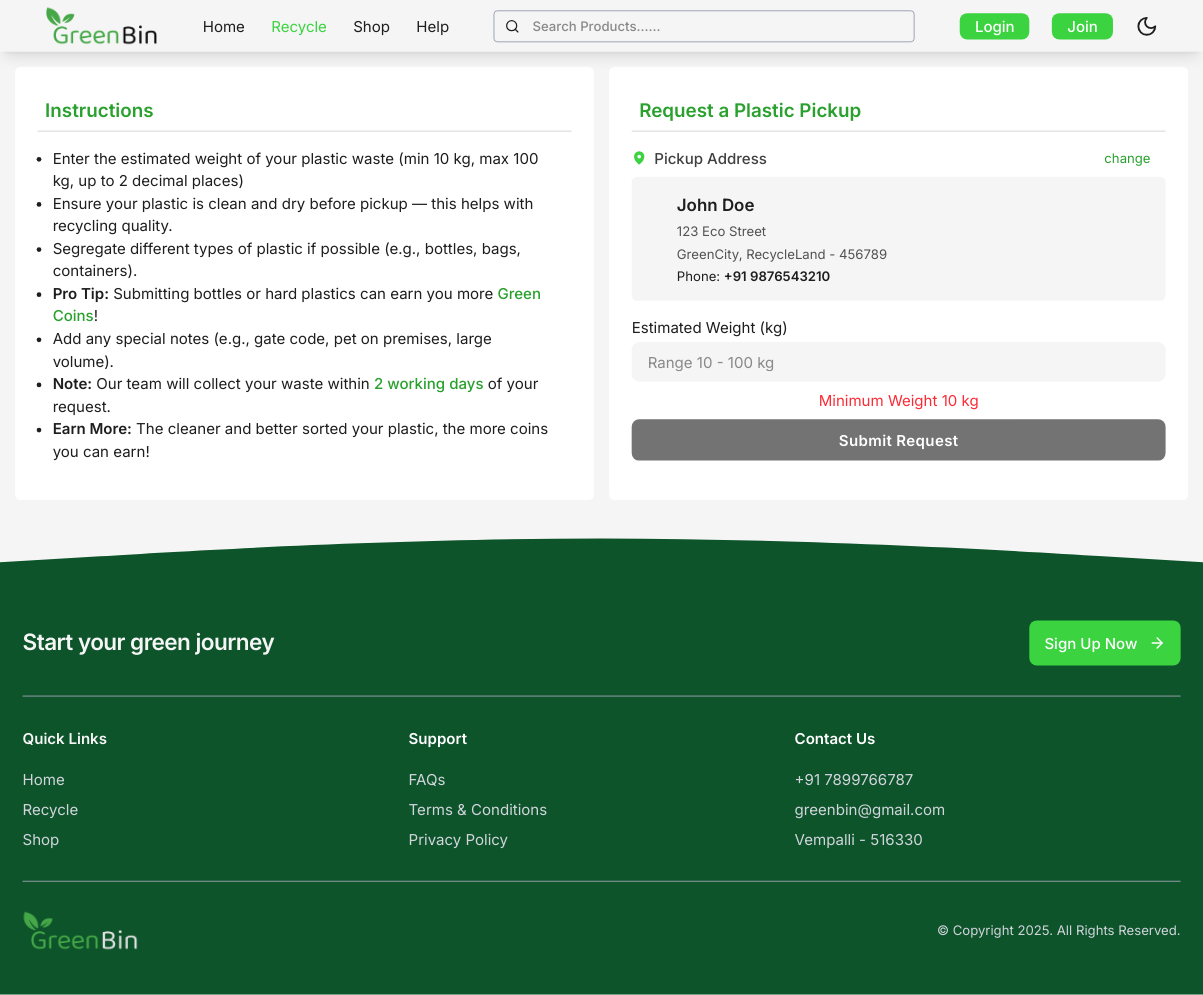
Repository: Siddhu123456/Plastic-Waste-Management
Page: /recycle (app in frontend/)
These files come from the project's save history. The page is drawn as it stood at one moment and after the next save; the edit follows.
The browser window is 1280 px wide. The pictures show the whole page, at 94% of full size.
The project was rebuilt for these pictures with package versions that can differ from the ones it lists, and the page was loaded fresh each time. Also part of the build but not shown: frontend/vite.config.js, frontend/src/components/ProductCard.jsx, frontend/src/components/TrendingProductsCarousel.jsx, frontend/src/pages/Home.jsx, frontend/src/components/FilterBar.jsx, frontend/src/pages/customer/Shop.jsx, frontend/src/components/CartItemCard.jsx, frontend/src/pages/customer/Cart.jsx and 14 more. Imported but missing from the stored project, and not drawn on this page: frontend/src/pages/Help, frontend/src/pages/customer/WishList.

Above is the page before, as saved 2025-05-06 11:51:10.

### frontend/src/index.css
@import url('https://fonts.googleapis.com/css2?family=Fugaz+One&family=Montserrat:ital@0;1&display=swap');
@import url('https://fonts.googleapis.com/css2?family=Inter:ital,opsz,wght@0,14..32,100..900;1,14..32,100..900&display=swap');
@import "tailwindcss";


@custom-variant dark (&:where(.dark, .dark *));


@theme{
  --color-ow : #f5f5f5;
  --color-dbg : #000803;
  --color-dsc : #1e221f;
  --color-dtc : #313532;
  --color-lgg : #3bd440;
  --color-tc : #1e1e1e;
  --color-lgd : #2aa12e;
  --color-bl: #1D2A35;
  --color-lg-trans : rgba(69, 167, 72, 0.3);
}

@layer components {
  .pri-btn {
    @apply text-white cursor-pointer text-center rounded-lg bg-lgg hover:bg-lgd transition duration-300
  }
  .white-btn {
    @apply text-lgg cursor-pointer text-center rounded-2xl bg-ow transition duration-300
  }
  .trans-btn{
    @apply border text-center rounded-2xl cursor-pointer border-lgg text-lgg hover:bg-lgg hover:text-white transition
  }

  .white-trans-btn{
    @apply border text-center rounded-2xl cursor-pointer border-white text-white transition duration-300
  }
}

@layer utilities{
  .no-scrollbar::-webkit-scrollbar {
    display: none;
}
.no-scrollbar {
    -ms-overflow-style: none;
    scrollbar-width: none;
}
}

:root{
  font-family: "Inter", sans-serif;
  background-color: #f5f5f5;
  box-sizing: border-box;
  overflow-x: hidden;
}


input[type='range'] {
  pointer-events: all;
  height: 0;
}

input[type='range']::-webkit-slider-thumb {
  appearance: none;
  height: 16px;
  width: 16px;
  background: #22c55e;
  border-radius: 9999px;
  cursor: pointer;
  border: none;
}

input[type='range']::-moz-range-thumb {
  height: 16px;
  width: 16px;
  background: #22c55e;
  border-radius: 9999px;
  cursor: pointer;
  border: none;
}

### frontend/src/App.jsx
import { CartProvider } from './components/CartContext.jsx';
import AppRoutes from './routes/AppRoutes.jsx'


const App = () => (
    <CartProvider>
        <AppRoutes />
    </CartProvider>
)

export default App;

### frontend/src/components/CartContext.jsx
import { createContext, useContext, useState } from "react";

const CartContext = createContext();

export const CartProvider = ({ children }) => {
  const [cartCount, setCartCount] = useState(0);

  return (
    <CartContext.Provider value={{ cartCount, setCartCount }}>
      {children}
    </CartContext.Provider>
  );
};

export const useCart = () => useContext(CartContext);

### frontend/src/routes/AppRoutes.jsx
import {BrowserRouter as Router, Routes, Route} from 'react-router-dom'

import Home from '../pages/Home'
import Help from '../pages/Help'
import Shop from '../pages/customer/Shop'
import Recycle from '../pages/customer/Recycle'
import Cart from '../pages/customer/Cart'
import WishList from '../pages/customer/WishList'
import ProductOverview from '../pages/customer/ProductOverview'
import ScrollToTop from './ScrollToTop'
import Layout from '../components/Layout'
import Wallet from '../pages/customer/Wallet'
import OrderHistory from '../pages/customer/OrderHistory'
import OrderSummary from '../pages/customer/OrderSummary'
import PickupHistory from '../pages/customer/PickupHistory'
import CustomerProfile from '../pages/customer/CustomerProfile'
import ProductForm from '../pages/admin/ProductForm'

const AppRoutes = () => {
  return (
    <Router>
      <Layout>
      <ScrollToTop />
        <Routes>
            <Route path='/' element={<Home />} />
            <Route path='/recycle' element={<Recycle />} />
            <Route path='/shop' element={<Shop />} />
            <Route path='/help' element={<Help />} />
            <Route path='/cart' element={<Cart />} />
            <Route path='/favorites' element={<WishList />} />
            <Route path='/wallet' element={<Wallet />} />
            <Route path='/product/:id' element={<ProductOverview />} />
            <Route path='/orders' element={<OrderHistory />} />
            <Route path='/orders/:id' element={<OrderSummary />} />
            <Route path='/pickups' element={<PickupHistory />} />
            <Route path='/cprofile' element={<CustomerProfile />} />
            <Route path='/pform' element={<ProductForm />} />
        </Routes>
        </Layout>
    </Router>
  )
}

export default AppRoutes

### frontend/src/pages/customer/Recycle.jsx
import React, { useEffect, useState } from "react";
import { PiMapPinFill, PiPlusCircle } from "react-icons/pi";

const Recycle = () => {
  const [selectedAddress, setSelectedAddress] = useState(null);

  useEffect(() => {
    // Simulate fetch call
    const allAddresses = [
      {
        id: 1,
        name: "John Doe",
        street: "123 Eco Street",
        city: "GreenCity",
        state: "RecycleLand",
        zip: "456789",
        phone: "+91 9876543210",
        isDefault: true
      },
      {
        id: 2,
        name: "Jane Smith",
        street: "456 Green Ave",
        city: "CleanTown",
        state: "EcoState",
        zip: "654321",
        phone: "+91 8765432109",
        isDefault: false
      }
    ];

    const defaultAddress = allAddresses.find(addr => addr.isDefault) || allAddresses[0];
    setSelectedAddress(defaultAddress);
  }, []);


  const [formData, setFormData] = useState({
    weight: "",
    notes: "",
  });
  const minWeight = 10
  const maxWeight = 100



  const handleChange = (e) => {
    const { name, value } = e.target;

    if (name === "weight") {
      const numericValue = parseFloat(value);
      const isWithinLimit = numericValue <= 100;
      const isValid = value === "" || (!isNaN(numericValue) && numericValue >= 0 && isWithinLimit);

      if (isValid) {
        setFormData((prev) => ({ ...prev, [name]: value }));
      }

      return;
    }

    setFormData((prev) => ({ ...prev, [name]: value }));
  };


  const handleWeightKeyDown = (e) => {
    const key = e.key;
    const value = e.target.value;
    const allowedDigits = ['0','1','2','3','4','5','6','7','8','9'];
    const controlKeys = ['Backspace', 'Delete', 'ArrowLeft', 'ArrowRight', 'Tab', 'Home', 'End'];

    const isDigit = allowedDigits.includes(key);
    const isDot = key === '.';
    const alreadyHasDot = value.includes('.');

    // If already has a dot, prevent entering more than 2 decimal digits
    if (alreadyHasDot && !controlKeys.includes(key)) {
      const decimalPart = value.split('.')[1];
      if (decimalPart?.length >= 2 && !isDot) {
        e.preventDefault();
        return;
      }
    }

    // Prevent invalid keys
    if (
      !isDigit &&
      !controlKeys.includes(key) &&
      !(isDot && !alreadyHasDot)
    ) {
      e.preventDefault();
    }
  };


  return (
    <section className='grid grid-cols-12 gap-4 p-2 sm:p-4'>
    <div className="col-span-12 lg:col-span-6 bg-white dark:bg-dtc rounded-md p-4 sm:p-6">
    <h1 className="text-xl font-semibold text-lgd dark:text-lgg border-b border-neutral-300 dark:border-neutral-500 p-2">Instructions</h1>

      <ul className="list-disc text-tc dark:text-ow p-4">
        <li>Enter the estimated weight of your plastic waste (min {minWeight} kg, max {maxWeight} kg, up to 2 decimal places)</li>
        <li>Ensure your plastic is clean and dry before pickup — this helps with recycling quality.</li>
        <li>Segregate different types of plastic if possible (e.g., bottles, bags, containers).</li>
        <li><strong className="font-semibold">Pro Tip:</strong> Submitting bottles or hard plastics can earn you more <span className="text-lgd dark:text-lgg font-medium">Green Coins</span>!</li>
        <li>Add any special notes (e.g., gate code, pet on premises, large volume).</li>
        <li><strong className="font-semibold">Note:</strong> Our team will collect your waste within <span className="font-medium text-lgd dark:text-lgg">2 working days</span> of your request.</li>
        <li><strong className="font-semibold">Earn More:</strong> The cleaner and better sorted your plastic, the more coins you can earn!</li>
      </ul>
    </div>

      {/* Pickup */}
    <div className="bg-white dark:bg-dtc rounded-md col-span-12 lg:col-span-6 p-4 sm:p-6">
      <h1 className="text-xl font-semibold text-lgd dark:text-lgg border-b border-neutral-300 dark:border-neutral-500 p-2">Request a Plastic Pickup</h1>
      {/* Address */}
      <div>
        <div className='flex items-center gap-2 pt-4 pb-2 font-medium'>
          <PiMapPinFill className='text-lgg' />
          <h2 className='text-neutral-700 dark:text-neutral-300'>Pickup Address</h2>
          {selectedAddress &&
            <button className='ml-auto font-normal cursor-pointer text-lgd dark:text-lgg hover:underline text-sm pr-4'>change</button>
          }
        </div>

          {selectedAddress ?
            <div className="bg-ow dark:bg-dsc p-4 rounded-md">
            <div className="pl-8 space-y-1">
              <p className="text-lg font-semibold text-tc dark:text-white">
                {selectedAddress.name}
              </p>
              <p className="text-sm text-neutral-600 dark:text-neutral-300">{selectedAddress.street}</p>
              <p className="text-sm text-neutral-600 dark:text-neutral-300">
                {selectedAddress.city}, {selectedAddress.state} - {selectedAddress.zip}
              </p>
              <p className="text-sm text-tc dark:text-neutral-300">
                Phone: <span className='font-semibold'>{selectedAddress.phone}</span>
              </p>
            </div>
            </div>:
            <div className="text-center">
              <button type="button" className="inline-flex items-center hover:underline group py-1 gap-1 cursor-pointer text-sm font-medium text-neutral-600 dark:text-neutral-300">
              <PiPlusCircle className="text-lg group-hover:text-lgg" />
              Add Address
              </button>
            </div>
          }
      </div>
      <div className="mt-4 space-y-2">
      <label htmlFor="weight" className="block mb-1 text-tc dark:text-white">Estimated Weight (kg)</label>
      <input
        type="text"
        name="weight"
        id="weight"
        placeholder={`Range ${minWeight} - ${maxWeight} kg`}
        className="py-2 px-4 block w-full bg-ow dark:bg-dsc text-tc dark:text-ow border-ow dark:border-dsc border rounded-lg focus:outline-none focus:border-lgg focus:ring-lgg disabled:opacity-50 disabled:pointer-events-none dark:placeholder-neutral-500 dark:focus:ring-neutral-600"
        value={formData.weight}
        onChange={handleChange}
        onKeyDown={handleWeightKeyDown}
        required
      />

        {formData.weight < minWeight ? <p className="text-center text-red-500">Minimum Weight {minWeight} kg</p>:''}
        <button type="button" onClick={()=>console.log(formData)} disabled={formData.weight < minWeight} className="disabled:bg-neutral-500 disabled:cursor-not-allowed px-4 py-2.5 w-full font-semibold tracking-wide pri-btn">
          Submit Request
        </button>
      </div>
    </div>
  </section>
  );
}


export default Recycle

### frontend/src/routes/ScrollToTop.jsx
import { useEffect } from "react";
import { useLocation } from "react-router-dom";

const ScrollToTop = () => {
    const {pathname} = useLocation()
    useEffect(() => {
        window.scrollTo(0,0)
    },[pathname])

    return null
}

export default ScrollToTop;

### frontend/src/components/Layout.jsx
// Layout.jsx
import React from "react"
import Footer from "./Footer";
import Navbar from "./Navbar"

const Layout = ({ children }) => {
  return (
    <div className="min-h-screen flex flex-col bg-ow dark:bg-dsc">
      <Navbar />

      <main className="flex-1">
        {children}
      </main>

      <Footer />
    </div>
  );
};

export default Layout;

### frontend/src/pages/auth/AuthModal.jsx
import React, { useEffect, useState } from 'react'
import Modal from '../../components/Modal'
import ForgotPassword from './FogotPassword'
import Login from './Login'
import Signup from './Signup'

const AuthModal = ({authOpen, loginOpen, setLoginOpen, onClose, setIsLogged}) => {
      const [isPasswordForgot, setIsPasswordForgot] = useState(false)
      useEffect(() => {
        if (!authOpen) {
          setIsPasswordForgot(false)
        }
      }, [authOpen])
  return (
    <Modal
        open={authOpen}
        onClose={onClose}
    >
        {
            isPasswordForgot ? <ForgotPassword setIsPasswordForgot={setIsPasswordForgot} /> :
                loginOpen ? <Login setLoginOpen={setLoginOpen} onClose={onClose} setIsPasswordForgot={() => setIsPasswordForgot(prev => !prev)} setIsLogged={setIsLogged} /> :
                    <Signup setLoginOpen={setLoginOpen} setIsLogged={setIsLogged} onClose={onClose}/>
        }
    </Modal>
  )
}

export default AuthModal

### frontend/src/components/ThemeToggle.jsx
import { useEffect, useState } from "react";
import { LuMoon, LuSun, LuSunDim } from 'react-icons/lu';


const ThemeToggle = ({theme,setTheme}) => {
  useEffect(() => {
    if (theme === "dark") {
      document.documentElement.classList.add("dark");
    } else {
      document.documentElement.classList.remove("dark");
    }
    localStorage.setItem("theme", theme);
  }, [theme]);

  const toggleTheme = () => {
    setTheme(theme === "light" ? "dark" : "light");
  };

  return (
    <button
      onClick={toggleTheme}
      className="flex items-center justify-center cursor-pointer hover:text-lgg"
    >
      {theme === "light" ? <LuMoon className="text-2xl sm:text-xl md:text-2xl" /> : <LuSun className="text-2xl" />}
    </button>
  );
};

export default ThemeToggle;

Loaded but not shown: frontend/index.html (common file); frontend/src/main.jsx (common file); frontend/src/components/Navbar.jsx (437 lines, source omitted); frontend/src/components/Footer.jsx (106 lines, source omitted)

After the next save:
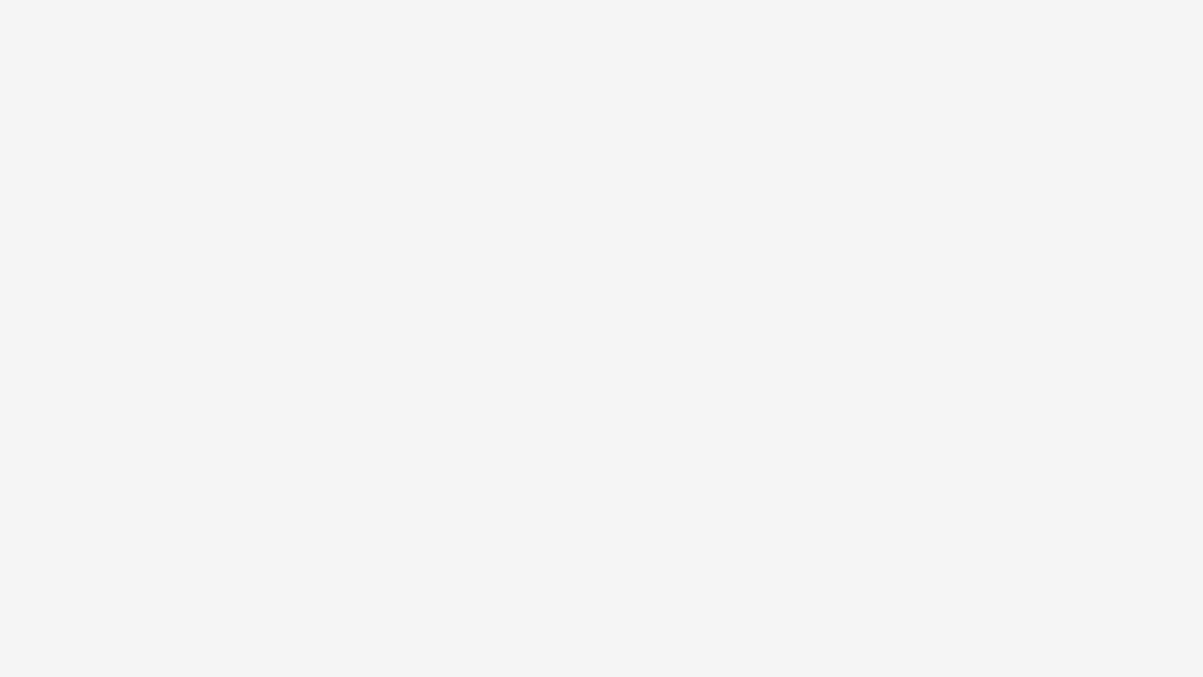
Console error: ReferenceError: formData is not defined
Saved 4 min 5 s later.
--- a/frontend/src/pages/customer/Recycle.jsx
+++ b/frontend/src/pages/customer/Recycle.jsx
@@ -2,8 +2,8 @@
 import { PiMapPinFill, PiPlusCircle } from "react-icons/pi";
 
 const Recycle = () => {
-  const [selectedAddress, setSelectedAddress] = useState(null);
-
+  const [selectedAddress, setSelectedAddress] = useState(null)
+  const [weight, setWeight] = useState(0)
   useEffect(() => {
     // Simulate fetch call
     const allAddresses = [
@@ -34,10 +34,6 @@
   }, []);
 
 
-  const [formData, setFormData] = useState({
-    weight: "",
-    notes: "",
-  });
   const minWeight = 10
   const maxWeight = 100
 
@@ -52,14 +48,12 @@
       const isValid = value === "" || (!isNaN(numericValue) && numericValue >= 0 && isWithinLimit);
 
       if (isValid) {
-        setFormData((prev) => ({ ...prev, [name]: value }));
+        setWeight(value)
       }
 
       return;
     }
-
-    setFormData((prev) => ({ ...prev, [name]: value }));
-  };
+    };
 
 
   const handleWeightKeyDown = (e) => {

After the 3 saves that followed:
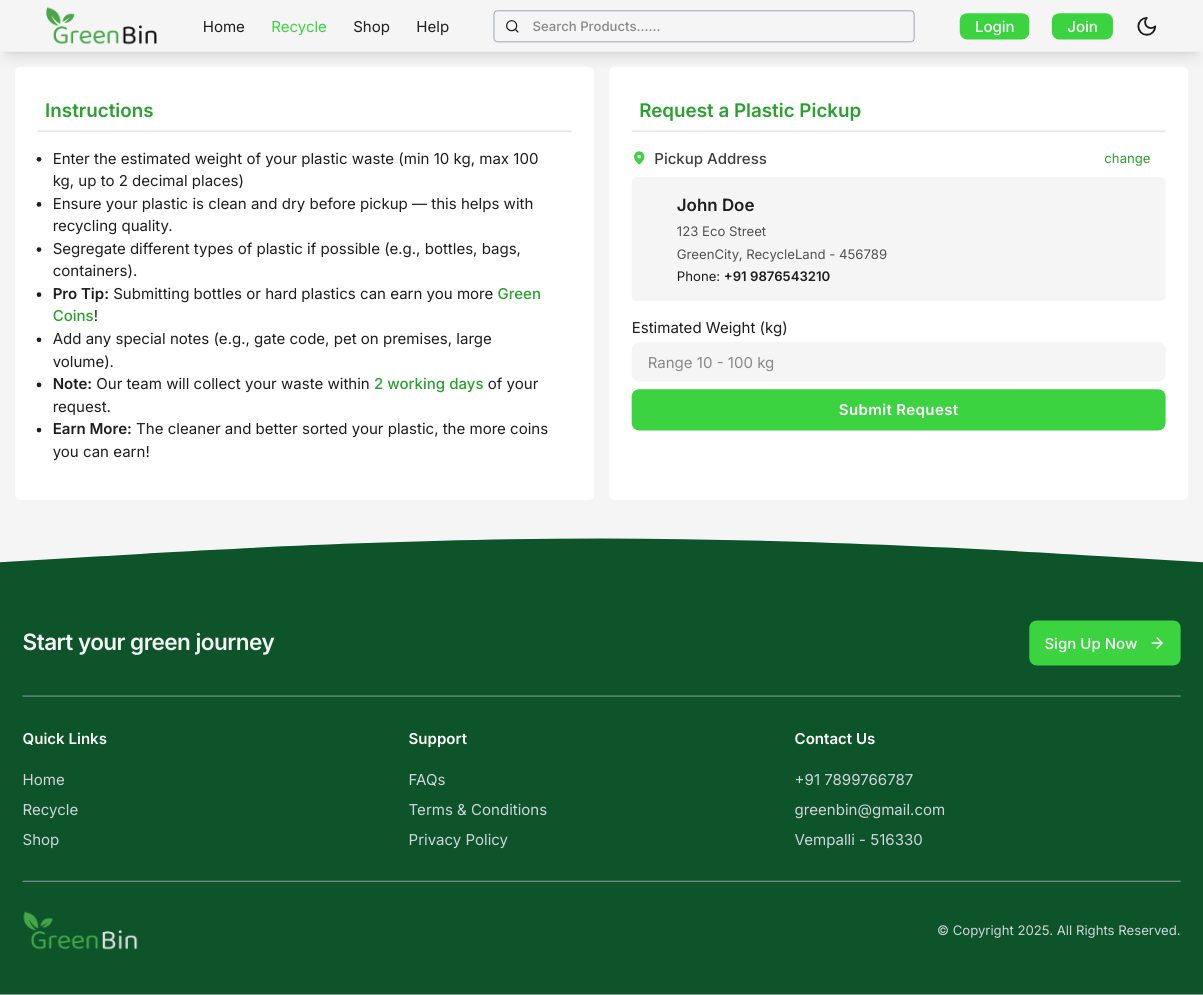
The error is gone.
The 3 saves are shown as one change because 2 left the picture as it was.
The last was saved 2 min 2 s later.
--- a/frontend/src/pages/customer/Recycle.jsx
+++ b/frontend/src/pages/customer/Recycle.jsx
@@ -3,7 +3,7 @@
 
 const Recycle = () => {
   const [selectedAddress, setSelectedAddress] = useState(null)
-  const [weight, setWeight] = useState(0)
+  const [weight, setWeight] = useState()
   useEffect(() => {
     // Simulate fetch call
     const allAddresses = [
@@ -146,14 +146,14 @@
         id="weight"
         placeholder={`Range ${minWeight} - ${maxWeight} kg`}
         className="py-2 px-4 block w-full bg-ow dark:bg-dsc text-tc dark:text-ow border-ow dark:border-dsc border rounded-lg focus:outline-none focus:border-lgg focus:ring-lgg disabled:opacity-50 disabled:pointer-events-none dark:placeholder-neutral-500 dark:focus:ring-neutral-600"
-        value={formData.weight}
+        value={weight}
         onChange={handleChange}
         onKeyDown={handleWeightKeyDown}
         required
       />
 
-        {formData.weight < minWeight ? <p className="text-center text-red-500">Minimum Weight {minWeight} kg</p>:''}
-        <button type="button" onClick={()=>console.log(formData)} disabled={formData.weight < minWeight} className="disabled:bg-neutral-500 disabled:cursor-not-allowed px-4 py-2.5 w-full font-semibold tracking-wide pri-btn">
+        {weight < minWeight ? <p className="text-center text-red-500">Minimum Weight {minWeight} kg</p>:''}
+        <button type="button" onClick={()=>console.log(weight)} disabled={weight < minWeight} className="disabled:bg-neutral-500 disabled:cursor-not-allowed px-4 py-2.5 w-full font-semibold tracking-wide pri-btn">
           Submit Request
         </button>
       </div>
